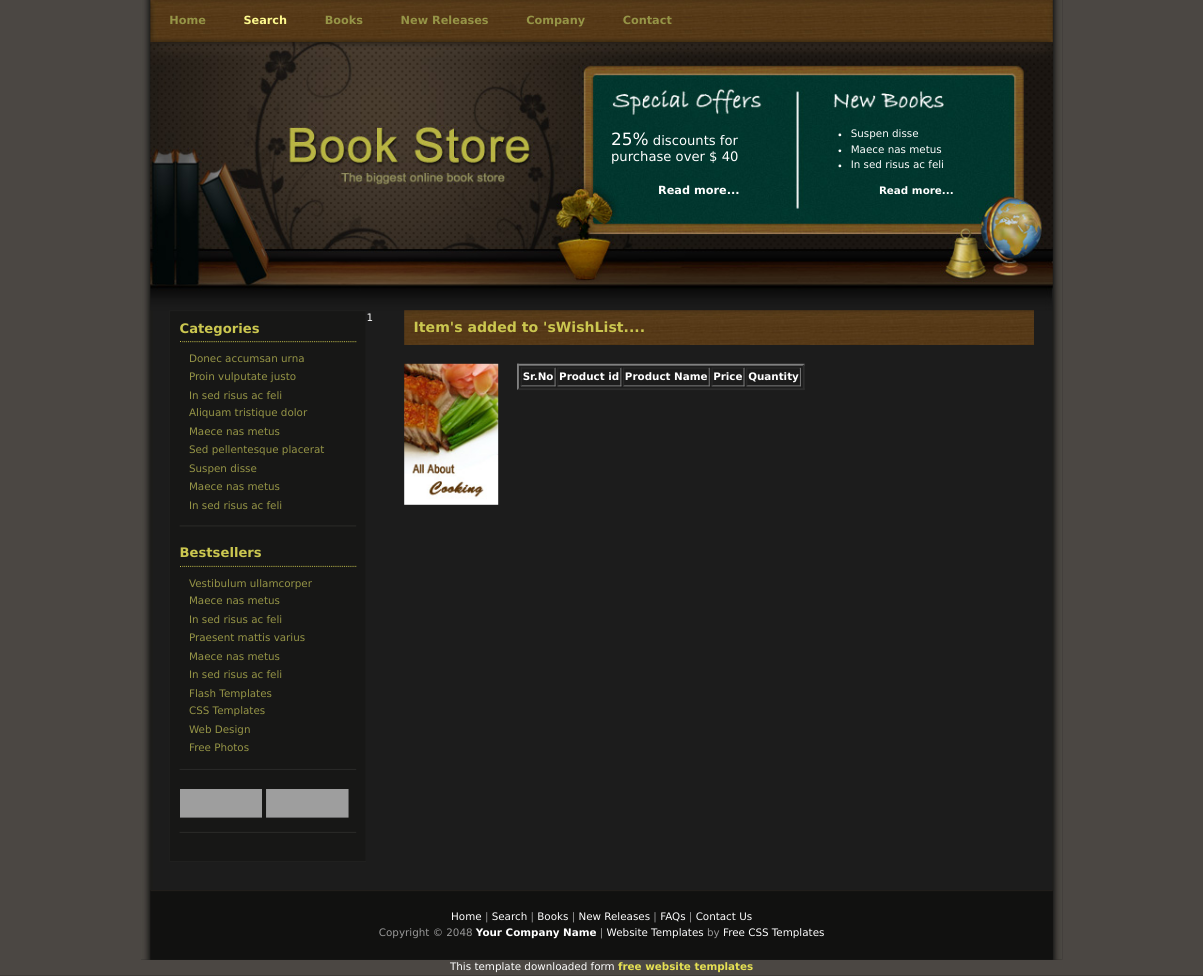
Repository: poojagupta18/Practice-Java
Page: http://localhost/OnlineShopping/AddToCartDisplay.jsp
An editor plug-in stored every save of this project. The page is shown before and after the next save, followed by the edit.
The browser window is 1280 px wide. The pictures show the whole page, at 94% of full size.
Pictures or frames that could not be fetched are drawn as grey boxes. The page is served by Tomcat 9. The template is opened directly, without the code that normally fills it, so the values that code supplies are empty.

Above is the page before, as saved 2019-11-28 18:35:37.

After the next save:
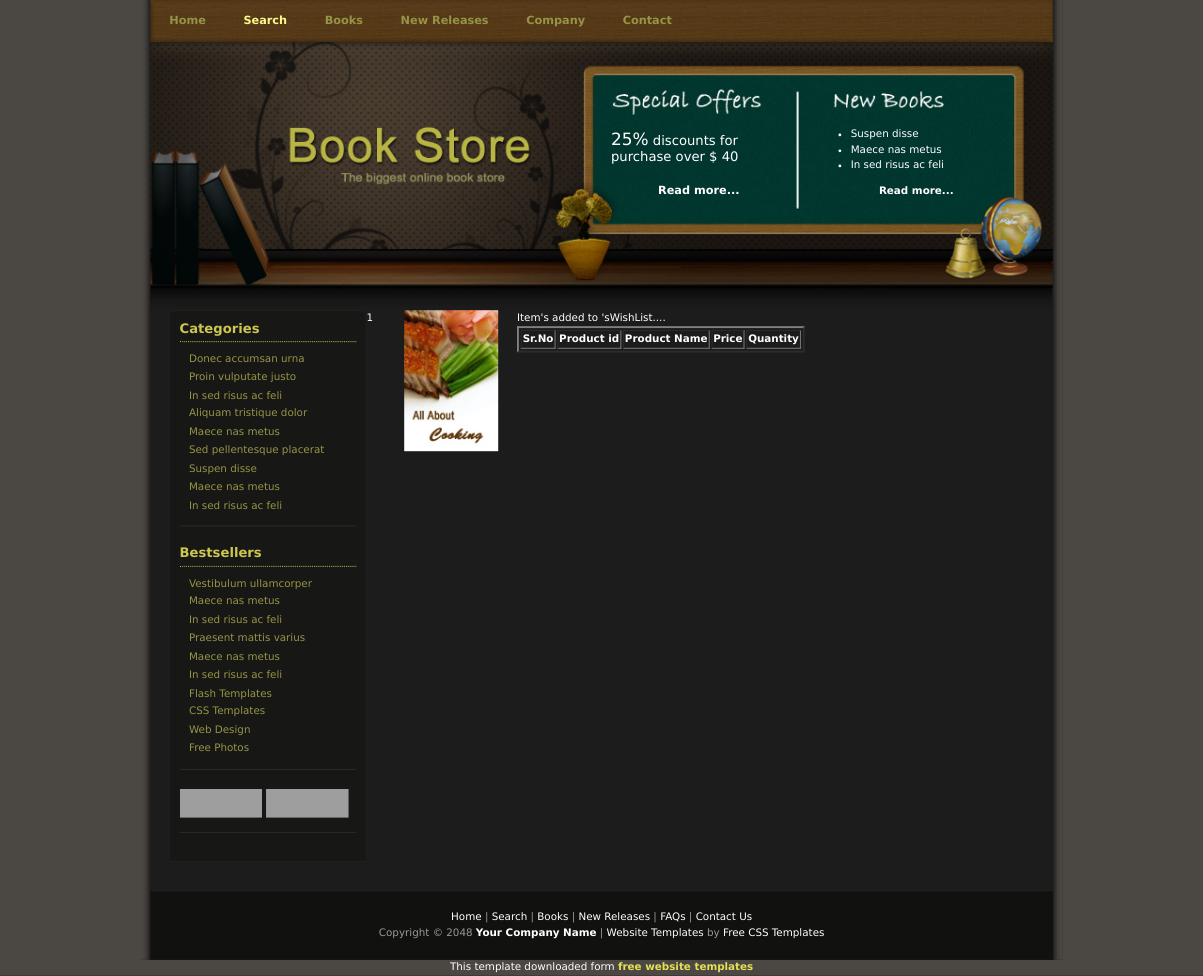
Saved 74 s later.
--- a/java Training/java/OnlineShopping/OnlineShopping/WebContent/AddToCartDisplay.jsp
+++ b/java Training/java/OnlineShopping/OnlineShopping/WebContent/AddToCartDisplay.jsp
@@ -99,7 +99,7 @@
 			1
 
 			<div id="templatemo_content_right">
-
+			<form action=""
 				<h1>
 					Item's added to <span>${customer.name}'s</span>WishList....
 				</h1>

After the save that followed:
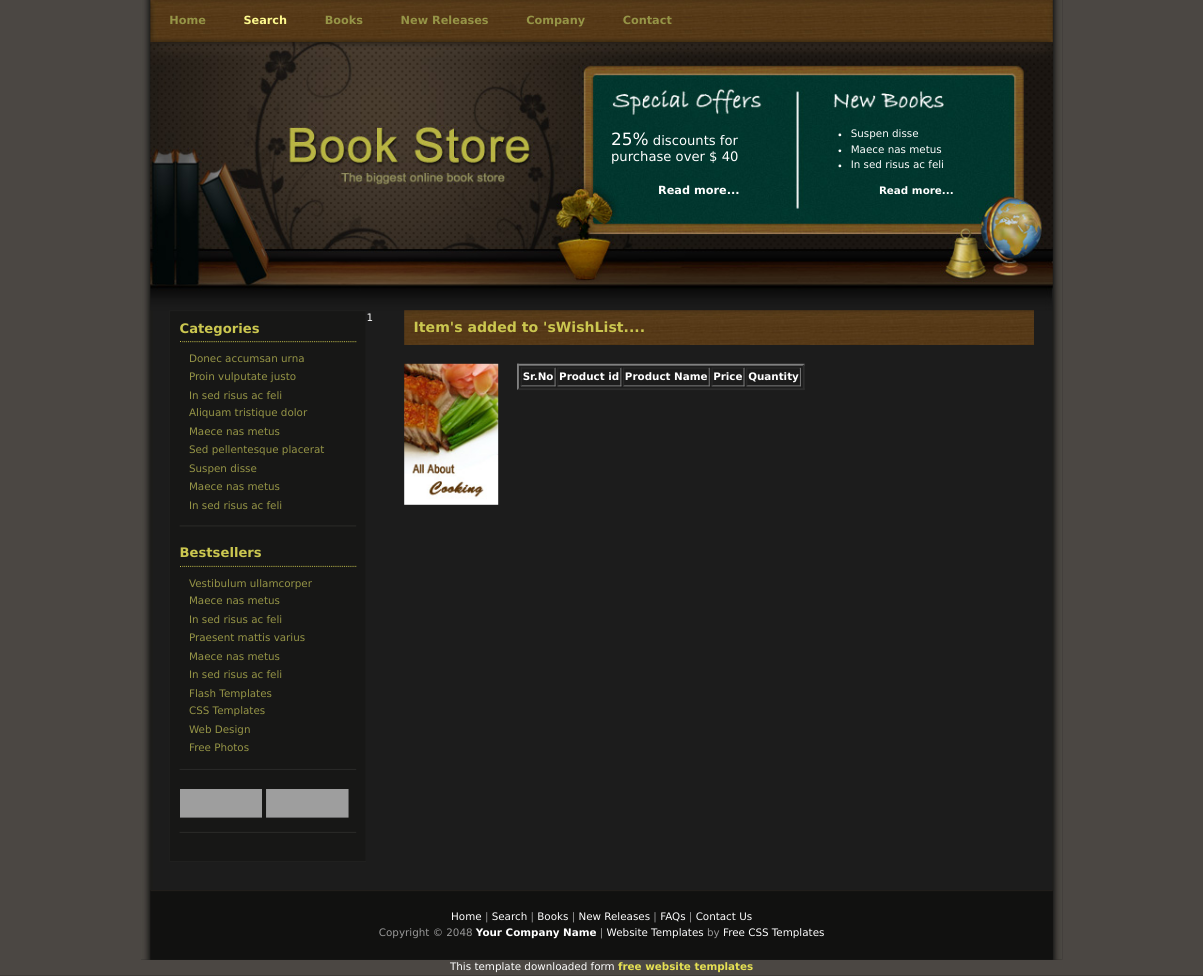
Saved 16 s later.
--- a/java Training/java/OnlineShopping/OnlineShopping/WebContent/AddToCartDisplay.jsp
+++ b/java Training/java/OnlineShopping/OnlineShopping/WebContent/AddToCartDisplay.jsp
@@ -99,7 +99,7 @@
 			1
 
 			<div id="templatemo_content_right">
-			<form action=""
+			<form action="" >
 				<h1>
 					Item's added to <span>${customer.name}'s</span>WishList....
 				</h1>
@@ -131,7 +131,7 @@
 
 				</table>
 
-
+</form>
 			</div>
 			<!-- end of content right -->
 
